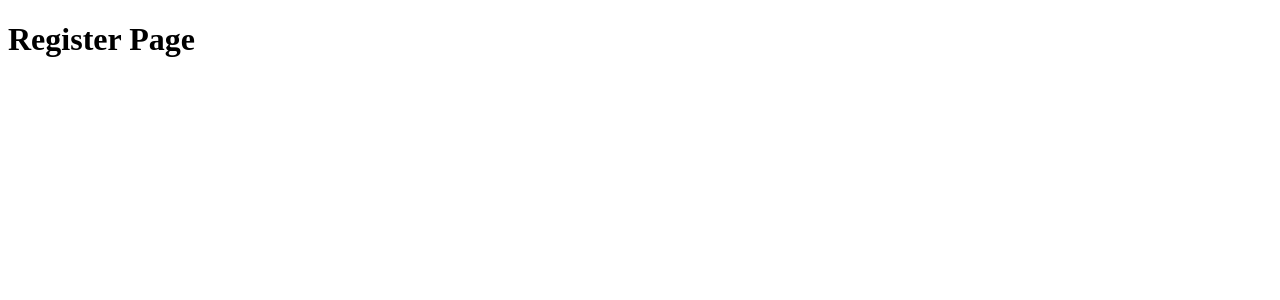
Repository: dhalfks/jsp
Page: http://localhost/jsp_project/board/register.jsp
An editor plug-in stored every save of this project. The page is shown before and after the next save, followed by the edit.
The browser window is 1280 px wide. The pictures show the whole page.
The page is served by Tomcat 9. Other server files are loaded and not shown.

Above is the page before, as saved 2022-08-29 01:40:19.

### _jsp2_workspace(board+mamber)/jsp_project/src/main/webapp/board/register.jsp
<%@ page language="java" contentType="text/html; charset=UTF-8"
    pageEncoding="UTF-8"%>
<%@ taglib uri="http://java.sun.com/jsp/jstl/core" prefix="c"%>
<!DOCTYPE html>
<html>
<head>
<meta charset="UTF-8">
<title>Insert title here</title>
</head>
<body>
<h1>Register Page</h1>
<form action="/brd/insert" method="post">

</form>
</body>
</html>

After the next save:
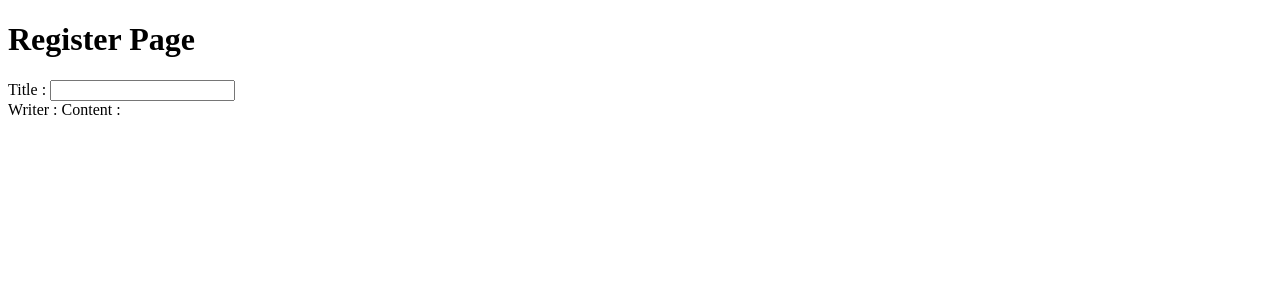
Saved 69 s later.
--- a/_jsp2_workspace(board+mamber)/jsp_project/src/main/webapp/board/register.jsp
+++ b/_jsp2_workspace(board+mamber)/jsp_project/src/main/webapp/board/register.jsp
@@ -10,7 +10,9 @@
 <body>
 <h1>Register Page</h1>
 <form action="/brd/insert" method="post">
-
+	Title : <input type="text" name="title"><br>
+	Writer :
+	Content :
 </form>
 </body>
 </html>
